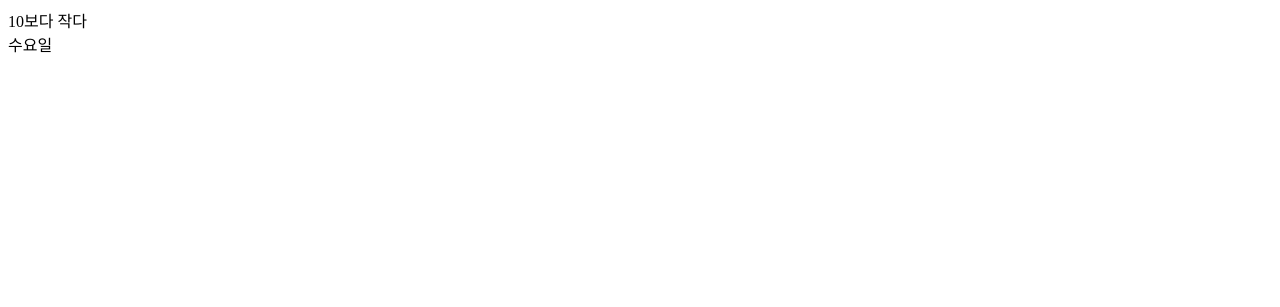
Repository: hangilyon/allJSPStudy
Page: javascript/ex02.html
These files come from the project's save history. The page is drawn as it stood at one moment and after the next save; the edit follows.
The browser window is 1280 px wide. The pictures show the whole page.

Above is the page before, as saved 2021-10-13 08:00:20.
Console error: ReferenceError: y is not defined

After the next save:
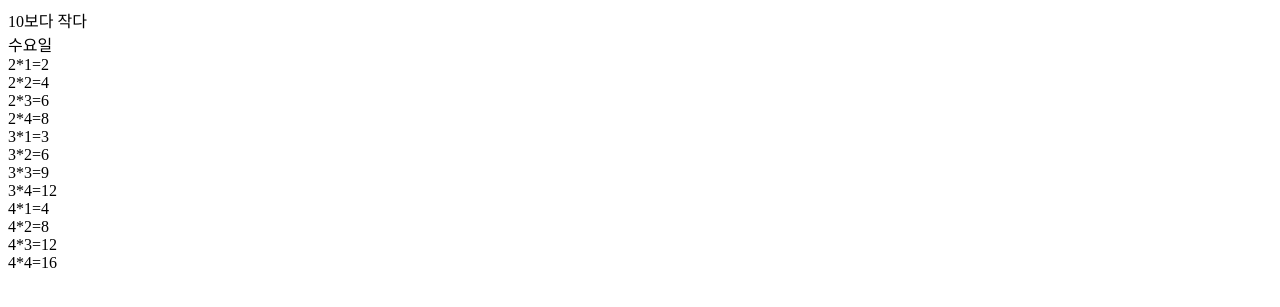
The error is gone.
Saved 13 s later.
--- a/javascript/ex02.html
+++ b/javascript/ex02.html
@@ -27,7 +27,7 @@
 		document.write(day+"<br>")
 
 		for(x=2; x<5; x++){
-			for(y-1;y<5;y++){
+			for(y=1;y<5;y++){
 				document.write(x+"*"+y+"="+x*y+"<br>")
 			}
 		}
